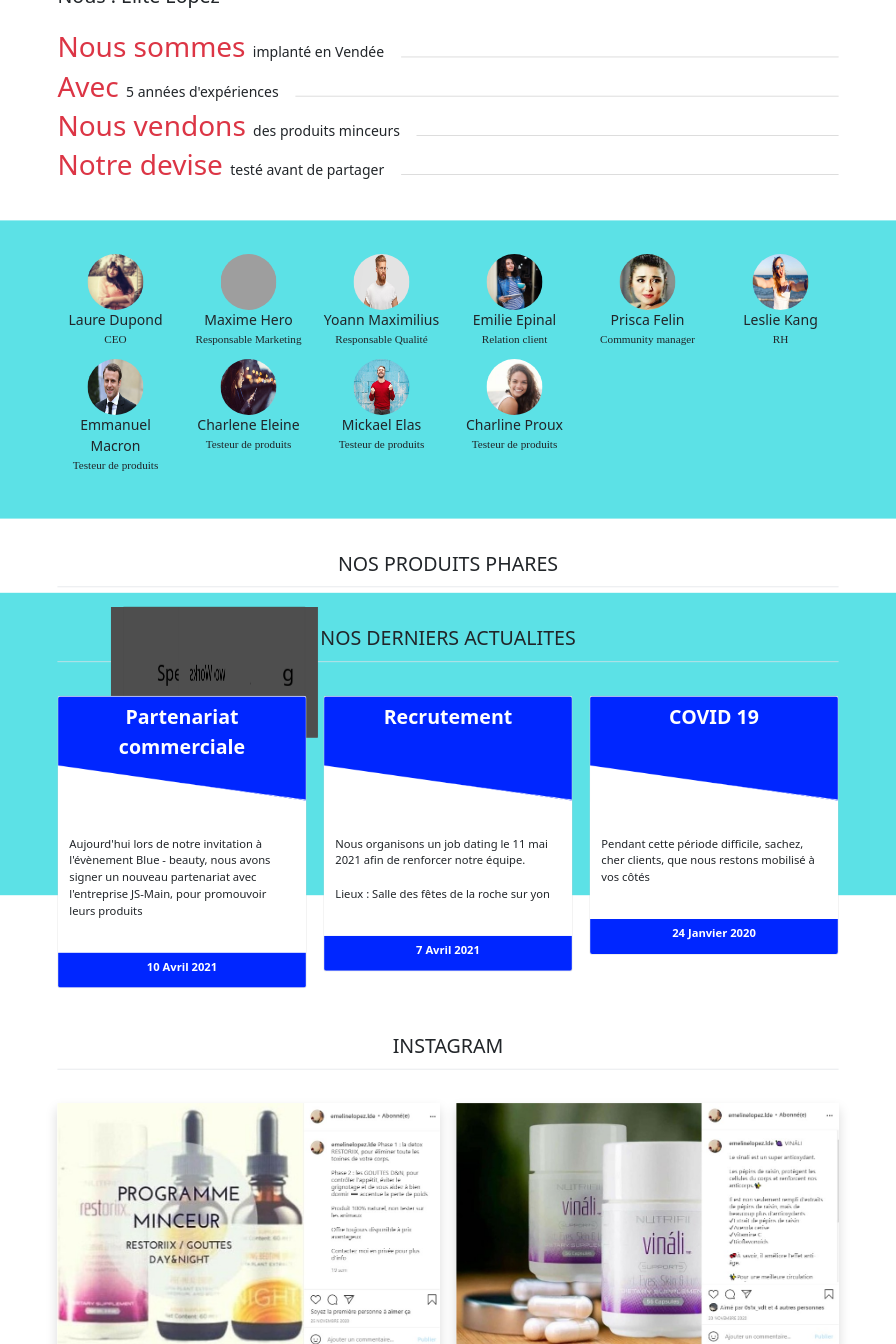
Repository: ypiard85/elitlopez
Page: index.html
These files come from the project's save history. The page is drawn as it stood at one moment and after the next save; the edit follows.
The browser window is 1280 px wide. The pictures show the part of the page from y = 767 to 2687 px (the page is 4073 px tall), at 70% of full size.
Pictures or frames that could not be fetched are drawn as grey boxes.

Above is the page before, as saved 2021-04-13 12:29:00.

After the next save:
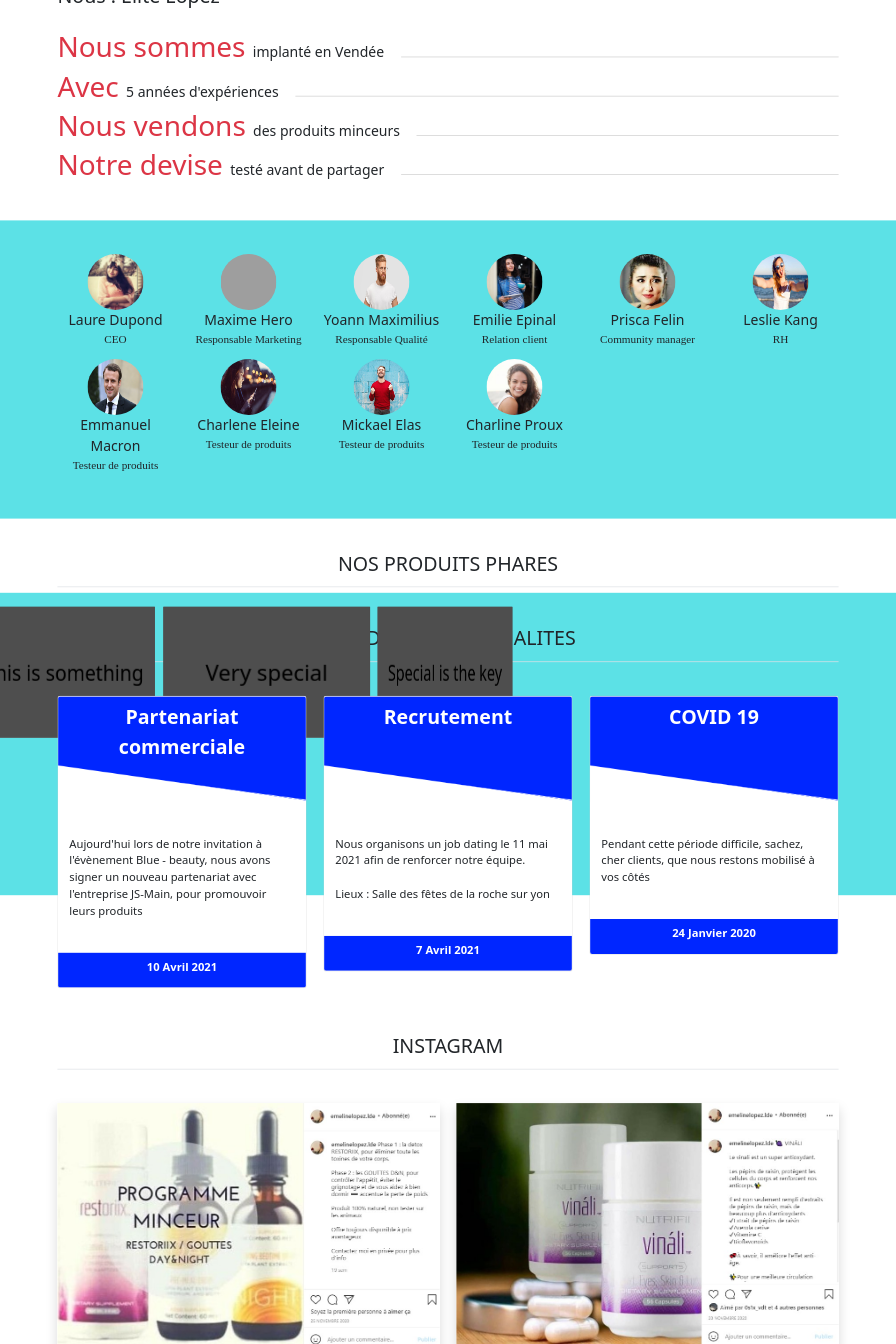
Saved 10 s later.
--- a/asset/css/carousel.css
+++ b/asset/css/carousel.css
@@ -26,31 +26,31 @@
 
   .carousel__face:nth-child(1) {
     background-image: url("https://images.pexels.com/photos/1141853/pexels-photo-1141853.jpeg?auto=compress&cs=tinysrgb&dpr=2&h=750&w=1260");
-    transform: rotateY(  0deg) ; }
+    transform: rotateY(  0deg) translateZ(430px); }
   .carousel__face:nth-child(2) {
     background-image: url("https://images.pexels.com/photos/1258865/pexels-photo-1258865.jpeg?auto=compress&cs=tinysrgb&dpr=2&h=750&w=1260");
-      transform: rotateY( 40deg) ; }
+      transform: rotateY( 40deg) translateZ(430px); }
   .carousel__face:nth-child(3) {
     background-image: url("https://images.pexels.com/photos/808466/pexels-photo-808466.jpeg?auto=compress&cs=tinysrgb&dpr=2&h=750&w=1260");
-    transform: rotateY( 80deg) ; }
+    transform: rotateY( 80deg) translateZ(430px); }
   .carousel__face:nth-child(4) {
     background-image: url("https://images.pexels.com/photos/1394841/pexels-photo-1394841.jpeg?auto=compress&cs=tinysrgb&dpr=2&h=750&w=1260");
-    transform: rotateY(120deg) ; }
+    transform: rotateY(120deg) translateZ(430px); }
   .carousel__face:nth-child(5) {
     background-image: url("https://images.pexels.com/photos/969679/pexels-photo-969679.jpeg?auto=compress&cs=tinysrgb&dpr=2&h=750&w=1260");
-   transform: rotateY(160deg) ; }
+   transform: rotateY(160deg) translateZ(430px); }
   .carousel__face:nth-child(6) {
     background-image: url("https://images.pexels.com/photos/1834400/pexels-photo-1834400.jpeg?auto=compress&cs=tinysrgb&dpr=2&h=750&w=1260");
-   transform: rotateY(200deg) ; }
+   transform: rotateY(200deg) translateZ(430px); }
   .carousel__face:nth-child(7) {
     background-image: url("https://images.pexels.com/photos/1415268/pexels-photo-1415268.jpeg?auto=compress&cs=tinysrgb&dpr=2&h=750&w=1260");
-   transform: rotateY(240deg) ; }
+   transform: rotateY(240deg) translateZ(430px); }
   .carousel__face:nth-child(8) {
     background-image: url("https://images.pexels.com/photos/135018/pexels-photo-135018.jpeg?auto=compress&cs=tinysrgb&dpr=2&h=750&w=1260");
-    transform: rotateY(280deg) ; }
+    transform: rotateY(280deg) translateZ(430px); }
   .carousel__face:nth-child(9) {
     background-image: url("https://images.pexels.com/photos/1175135/pexels-photo-1175135.jpeg?auto=compress&cs=tinysrgb&dpr=2&h=750&w=1260");
-    transform: rotateY(320deg) ; }
+    transform: rotateY(320deg) translateZ(430px); }
 
 
 
